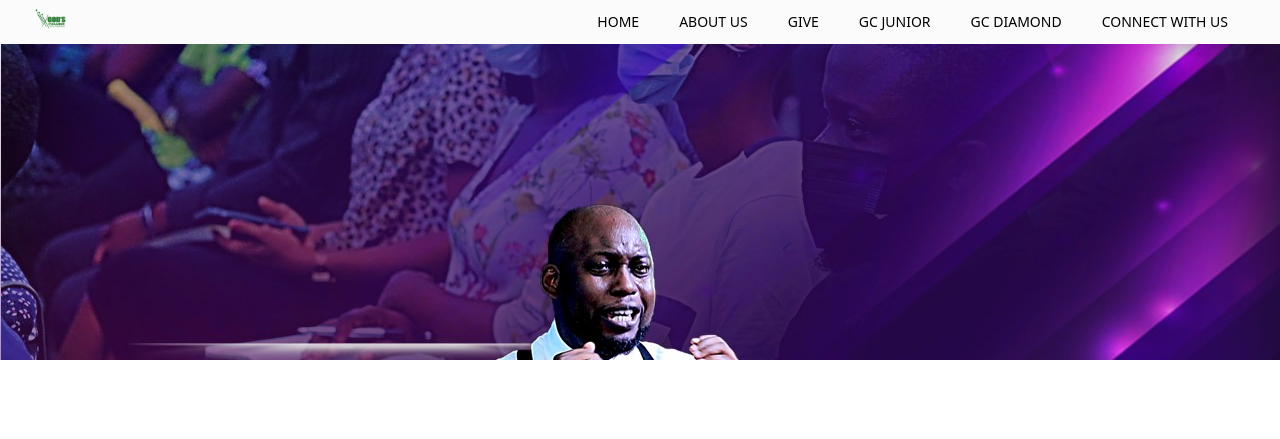
Repository: hisreal123/godschamber-church-main
Page: /
These files come from the project's save history. The page is drawn as it stood at one moment and after the next save; the edit follows.
The browser window is 1280 px wide. The pictures show the whole page.
The project was rebuilt for these pictures with package versions that can differ from the ones it lists, and the page was loaded fresh each time. The framework's server and built-in components were replaced by stand-ins that run in the browser. Also part of the build but not shown: next.config.js.

Above is the page before, as saved 2022-08-14 22:37:10.

After the next save:
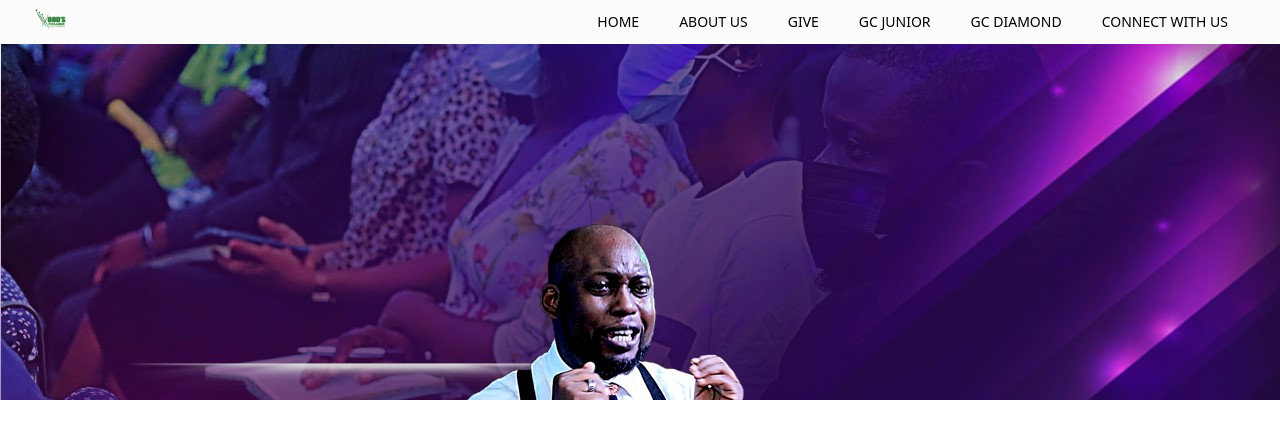
Saved 8 s later.
--- a/components/Banner.tsx
+++ b/components/Banner.tsx
@@ -2,7 +2,7 @@ import React from "react";
 
 const Banner = () => {
   return (
-    <div className=" bg-[url('/assets/Banner.jpg')] bg-no-repeat bg-center  bg-gray-500 bg-cover min-w-screen relative h-[360px] "></div>
+    <div className=" bg-[url('/assets/Banner.jpg')] bg-no-repeat bg-center  bg-gray-500 bg-cover min-w-screen relative h-[400px] "></div>
   );
 };
 
